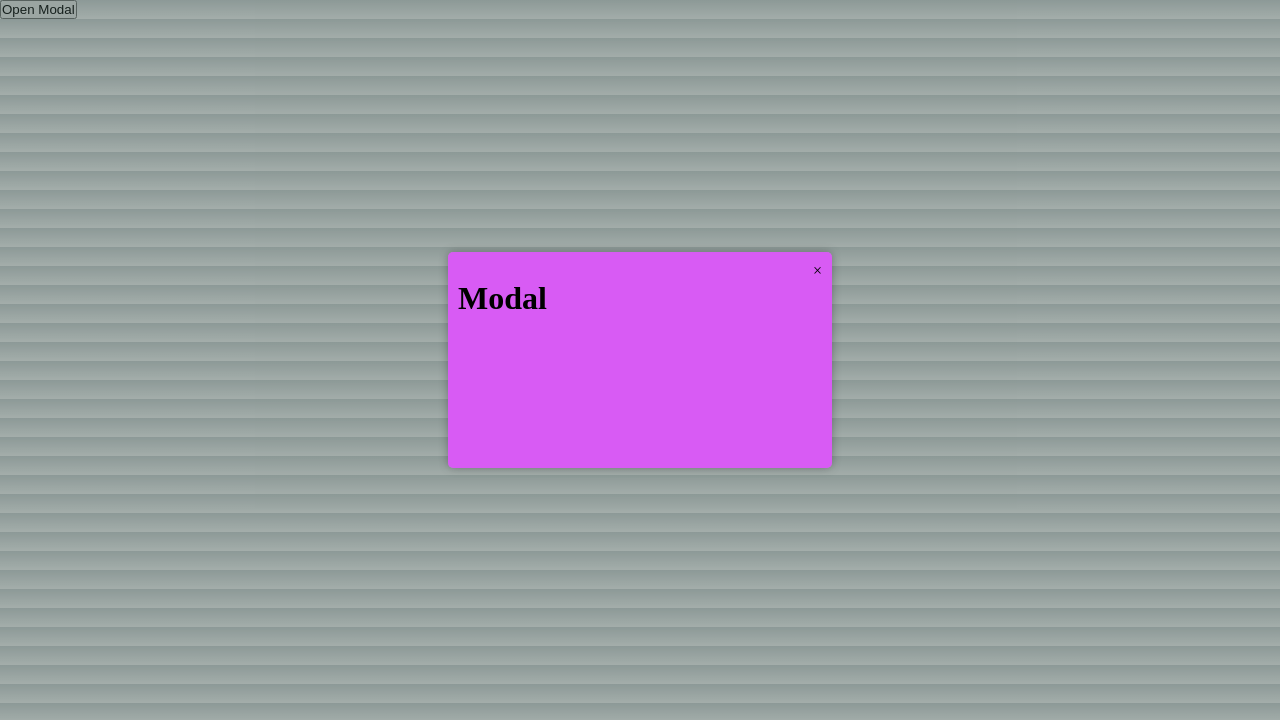
Repository: Soab42/portfolio
Page: /modal
These files come from the project's save history. The page is drawn as it stood at one moment and after the next save; the edit follows.
The browser window is 1280 px wide. The pictures show the whole page.
The project was rebuilt for these pictures with package versions that can differ from the ones it lists, and the page was loaded fresh each time. The framework's server and built-in components were replaced by stand-ins that run in the browser. Also part of the build but not shown: next.config.js.

Above is the page before, as saved 2023-10-09 16:20:27.

### app/layout.js
import "./globals.css";

export const metadata = {
  title: "syfuddhin",
  description: "Portfolio application for Soab Mahmud Syfuddhin",
};

export default function RootLayout({ children }) {
  return (
    <html lang="en">
      <body>{children}</body>
    </html>
  );
}

### app/modal/page.js
"use client";
import Modal from "@/components/Modal";
import React from "react";

export default function page() {
  const component = <h1>Modal</h1>;
  function openModal() {
    return true;
  }
  return (
    <div>
      <Modal open={openModal}>{component}</Modal>
      <button onClick={openModal}>Open Modal</button>
    </div>
  );
}

### app/globals.css
:root {
  --max-width: 1100px;
  --border-radius: 12px;
  --font-mono: ui-monospace, Menlo, Monaco, "Cascadia Mono", "Segoe UI Mono",
    "Roboto Mono", "Oxygen Mono", "Ubuntu Monospace", "Source Code Pro",
    "Fira Mono", "Droid Sans Mono", "Courier New", monospace;

  --foreground-rgb: 0, 0, 0;
  --background-start-rgb: 214, 219, 220;
  --background-end-rgb: 255, 255, 255;

  --primary-glow: conic-gradient(
    from 180deg at 50% 50%,
    #16abff33 0deg,
    #0885ff33 55deg,
    #54d6ff33 120deg,
    #0071ff33 160deg,
    transparent 360deg
  );
  --secondary-glow: radial-gradient(
    rgba(255, 255, 255, 1),
    rgba(255, 255, 255, 0)
  );

  --tile-start-rgb: 239, 245, 249;
  --tile-end-rgb: 228, 232, 233;
  --tile-border: conic-gradient(
    #00000080,
    #00000040,
    #00000030,
    #00000020,
    #00000010,
    #00000010,
    #00000080
  );

  --callout-rgb: 238, 240, 241;
  --callout-border-rgb: 172, 175, 176;
  --card-rgb: 180, 185, 188;
  --card-border-rgb: 131, 134, 135;
}

@media (prefers-color-scheme: dark) {
  :root {
    --foreground-rgb: 255, 255, 255;
    --background-start-rgb: 0, 0, 0;
    --background-end-rgb: 0, 0, 0;

    --primary-glow: radial-gradient(rgba(1, 65, 255, 0.4), rgba(1, 65, 255, 0));
    --secondary-glow: linear-gradient(
      to bottom right,
      rgba(1, 65, 255, 0),
      rgba(1, 65, 255, 0),
      rgba(1, 65, 255, 0.3)
    );

    --tile-start-rgb: 2, 13, 46;
    --tile-end-rgb: 2, 5, 19;
    --tile-border: conic-gradient(
      #ffffff80,
      #ffffff40,
      #ffffff30,
      #ffffff20,
      #ffffff10,
      #ffffff10,
      #ffffff80
    );

    --callout-rgb: 20, 20, 20;
    --callout-border-rgb: 108, 108, 108;
    --card-rgb: 100, 100, 100;
    --card-border-rgb: 200, 200, 200;
  }
}

* {
  box-sizing: border-box;
  padding: 0;
  margin: 0;
}

html,
body {
  max-width: 100vw;
  overflow-x: hidden;
  position: relative;
}

body {
  color: rgb(var(--foreground-rgb));
  background: linear-gradient(
      to bottom,
      transparent,
      rgb(var(--background-end-rgb))
    )
    rgb(var(--background-start-rgb));
}

a {
  color: inherit;
  text-decoration: none;
}

@media (prefers-color-scheme: dark) {
  html {
    color-scheme: dark;
  }
}

.modal {
  /* display: flex; */
  justify-content: center;
  align-items: center;
  background: #31494272;
  position: fixed;
  top: 0;
  bottom: 0;
  right: 0;
  left: 0;
}
.modal-content {
  position: absolute;
  top: 50%;
  left: 50%;
  width: fit-content;
  min-width: 30%;
  min-height: 30%;
  display: flex;
  flex-direction: column;
  transform: translate(-50%, -50%);
  background-color: #d85bf4fe;
  padding: 10px;
  border-radius: 5px;
  box-shadow: 0px 0px 10px rgba(0, 0, 0, 0.3);
}

### components/Modal.js
"use client";
import React, { useState } from "react";

export default function Modal({ children, open }) {
  const [isOpen, setIsOpen] = useState(open);
  // console.log("open" + isOpen);
  const closeModal = () => {
    setIsOpen(false);
    console.log(isOpen);
    document.body.style.overflow = "auto"; // Restore scrolling
  };
  return (
    <div className="modal" style={{ display: `${isOpen ? "hidden" : "none"}` }}>
      <div className="modal-content">
        <butto
          className="close"
          onClick={closeModal}
          style={{ display: "flex", justifyContent: "right" }}
        >
          &times;
        </butto>
        {children}
      </div>
    </div>
  );
}

After the next save:
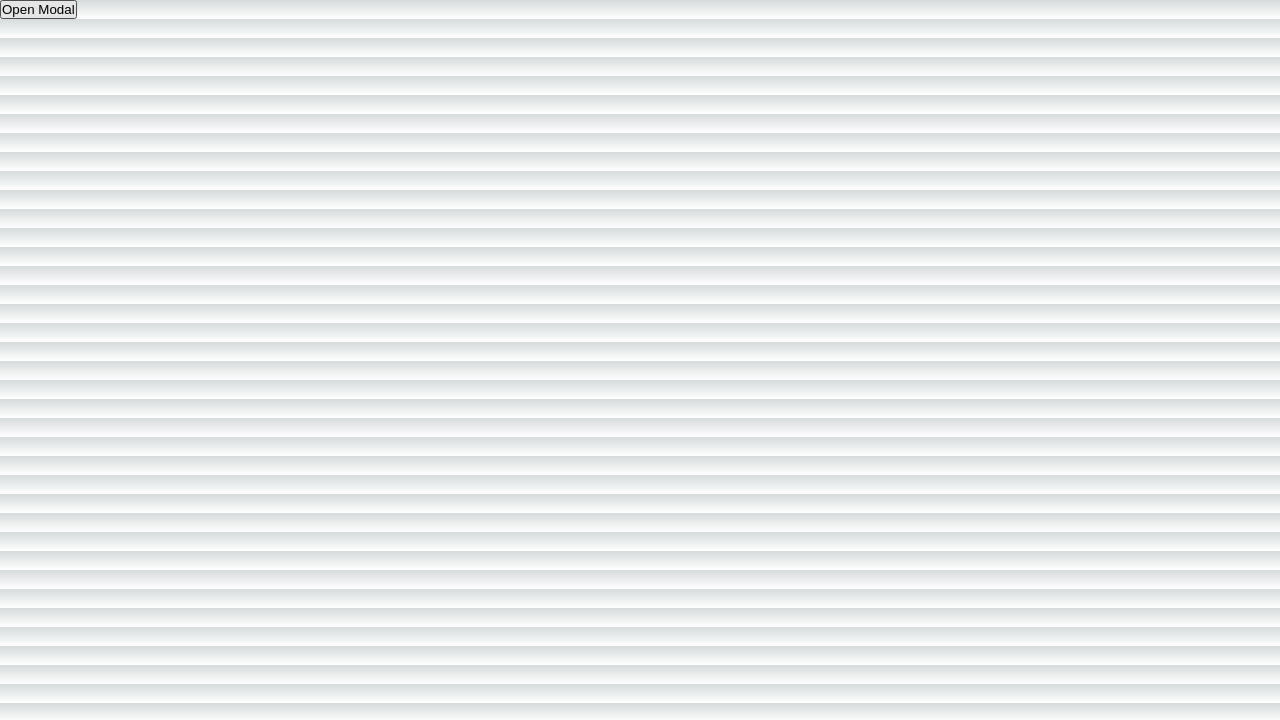
Saved 49 s later.
--- a/components/Modal.js
+++ b/components/Modal.js
@@ -10,7 +10,7 @@ export default function Modal({ children, open }) {
     document.body.style.overflow = "auto"; // Restore scrolling
   };
   return (
-    <div className="modal" style={{ display: `${isOpen ? "hidden" : "none"}` }}>
+    <div className="modal" style={{ display: `${isOpen ? "none" : "hidden"}` }}>
       <div className="modal-content">
         <butto
           className="close"

After the 3 saves that followed:
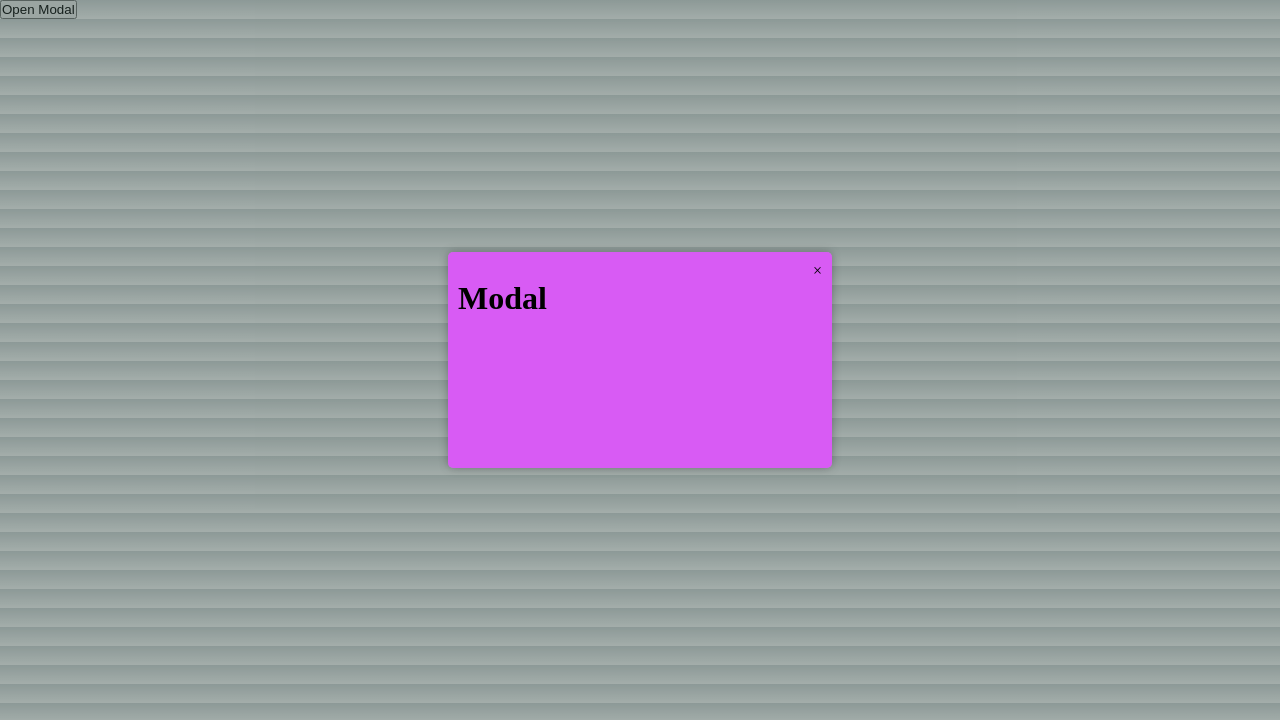
The 3 saves are shown as one change because 1 left the picture as it was and some came seconds apart.
The last was saved 32 s later.
--- a/components/Modal.js
+++ b/components/Modal.js
@@ -2,8 +2,8 @@
 import React, { useState } from "react";
 
 export default function Modal({ children, open }) {
-  const [isOpen, setIsOpen] = useState(open);
-  // console.log("open" + isOpen);
+  const [isOpen, setIsOpen] = useState(false);
+  console.log("open" + open);
   const closeModal = () => {
     setIsOpen(false);
     console.log(isOpen);
